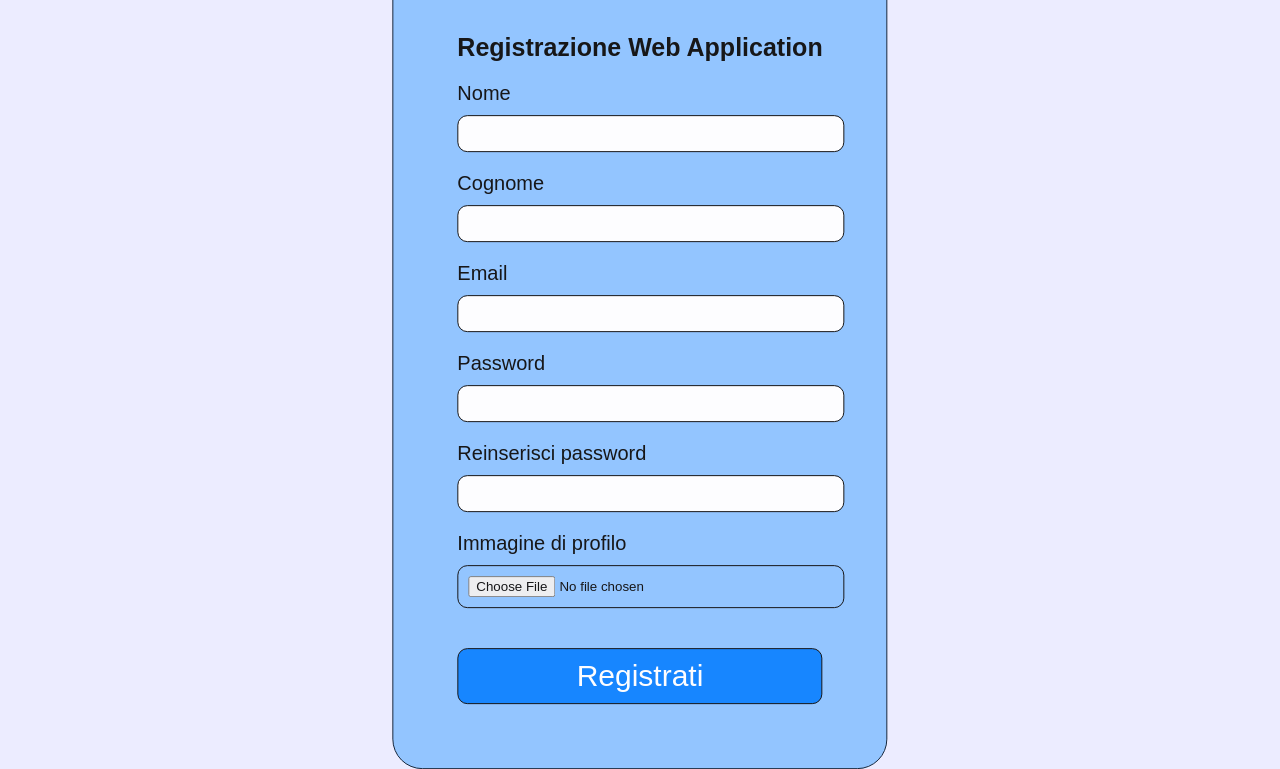
Repository: GabrielCellammare/WebApplication-SA-CyberSecurity
Page: http://localhost/WebProject-CellammareGabriel_ApplicationSecurity_/userNotLogged/registration.jsp
These files come from the project's save history. The page is drawn as it stood at one moment and after the next save; the edit follows.
The browser window is 1280 px wide. The pictures show the whole page.
The page is served by Tomcat 9. Nobody is signed in. The application's start-up code is not run. Other server files are loaded and not shown.

Above is the page before, as saved 2024-01-14 18:02:40.

### WebProject-CellammareGabriel(ApplicationSecurity)/WebContent/userNotLogged/registration.jsp
<%@ page language="java" contentType="text/html; charset=ISO-8859-1"
    pageEncoding="ISO-8859-1"%>
<!DOCTYPE html>
<html>
    <head>
        <title>Registrazione Web Application Cellammare Gabriel</title>
         <style>
         	<%@include file="/WEB-INF/css/styleRegistration.css"%>
         </style>
    </head>
    <body>
        <div class="container">
            <h1>Registrazione Web Application</h1>
            <form action="registrazione.do" method="post" enctype="multipart/form-data">
            	<div class="field">
                    <label for="name">Nome</label>
                    <input type="name" name="name" id="name" required>
                </div>
                <div class="field">
                    <label for="surname">Cognome</label>
                    <input type="surname" name="surname" id="surname" required>
                </div>
                <div class="field">
                    <label for="email">Email</label>
                    <input type="email" name="email" id="email" required>
                </div>
                <div class="field">
                    <label for="password">Password</label>
                    <input type="password" name="password" id="password" required>
                </div>
                <div class="field">
                    <label for="retype-password">Reinserisci password</label>
                    <input type="password" name="retype-password" id="retype-password" required>
                </div>
                <div class="field">
                    <label for="image">Immagine di profilo</label>
                    <input type="file" name="image" id="image">
                </div>
                <input type="submit" value="Registrati">
            </form>
        </div>
    </body>
</html>

### WebProject-CellammareGabriel(ApplicationSecurity)/WebContent/WEB-INF/css/styleRegistration.css
@charset "ISO-8859-1";

body {
	font-family: sans-serif;
	background-color: #ececff;
}

#password::placeholder {
	font-size: 80%;
}
p {
	text-align: center;
	font-size: 18px;
	font-weight: bold;
	margin-bottom: 20px;
}

.btn {
	display: inline-block;
	padding: 10px 20px;
	margin-top: 10px;
	margin-bottom: 5px;
	background-color: #6c757d;
	color: #fff;
	border: 1px solid black;
	border-radius: 10px;
	cursor: pointer;
	text-decoration: none;
}

.container {
	margin: 0 auto;
	max-width: 80vw;
	padding: 5vw;
	background-color: #8ac1ff;
	opacity: 0.9;
	border-radius: 30px;
	border: 1px solid #001328;
	position: absolute;
	top: 50%;
	left: 50%;
	transform: translate(-50%, -50%);
}

h1 {
	text-align: center;
	font-size: 25px;
	font-weight: bold;
	margin-bottom: 20px;
}

.field {
	margin-bottom: 20px;
	font-size: 20px;
}

label {
	display: block;
	margin-bottom: 10px;
}

input {
	width: 100%;
	padding: 10px;
	border: 1px solid black;
	border-radius: 10px;
}

input[type="submit"] {
	margin-top: 20px;
	background-color: #007bff;
	color: #fff;
	border: 1px solid black;
	border-radius: 10px;
	font-size: 30px;
	cursor: pointer;
}

.image {
	width: 200px;
	height: 200px;
	margin-bottom: 20px;
}

After the next save:
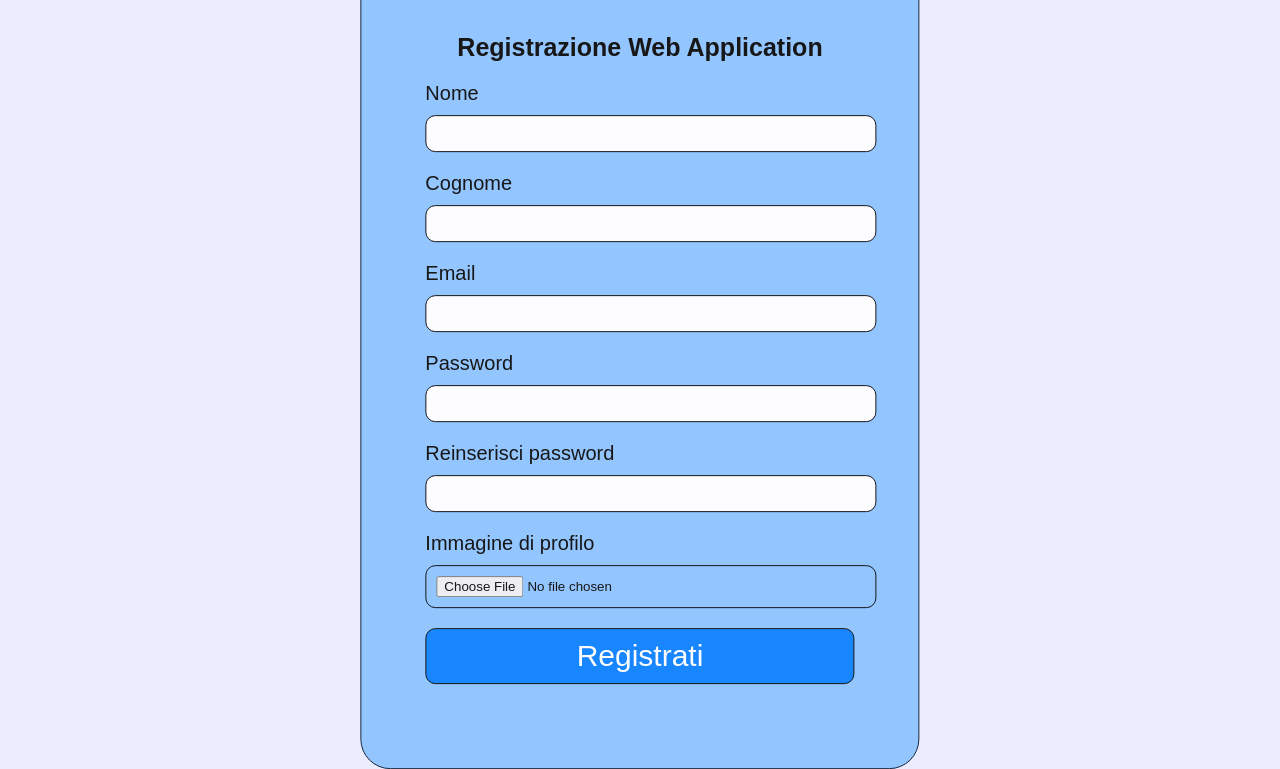
Saved 9 min 6 s later.
--- a/WebProject-CellammareGabriel(ApplicationSecurity)/WebContent/userNotLogged/registration.jsp
+++ b/WebProject-CellammareGabriel(ApplicationSecurity)/WebContent/userNotLogged/registration.jsp
@@ -34,7 +34,7 @@
                 </div>
                 <div class="field">
                     <label for="image">Immagine di profilo</label>
-                    <input type="file" name="image" id="image">
+                    <input type="file" name="image" id="image" required
                 </div>
                 <input type="submit" value="Registrati">
             </form>
